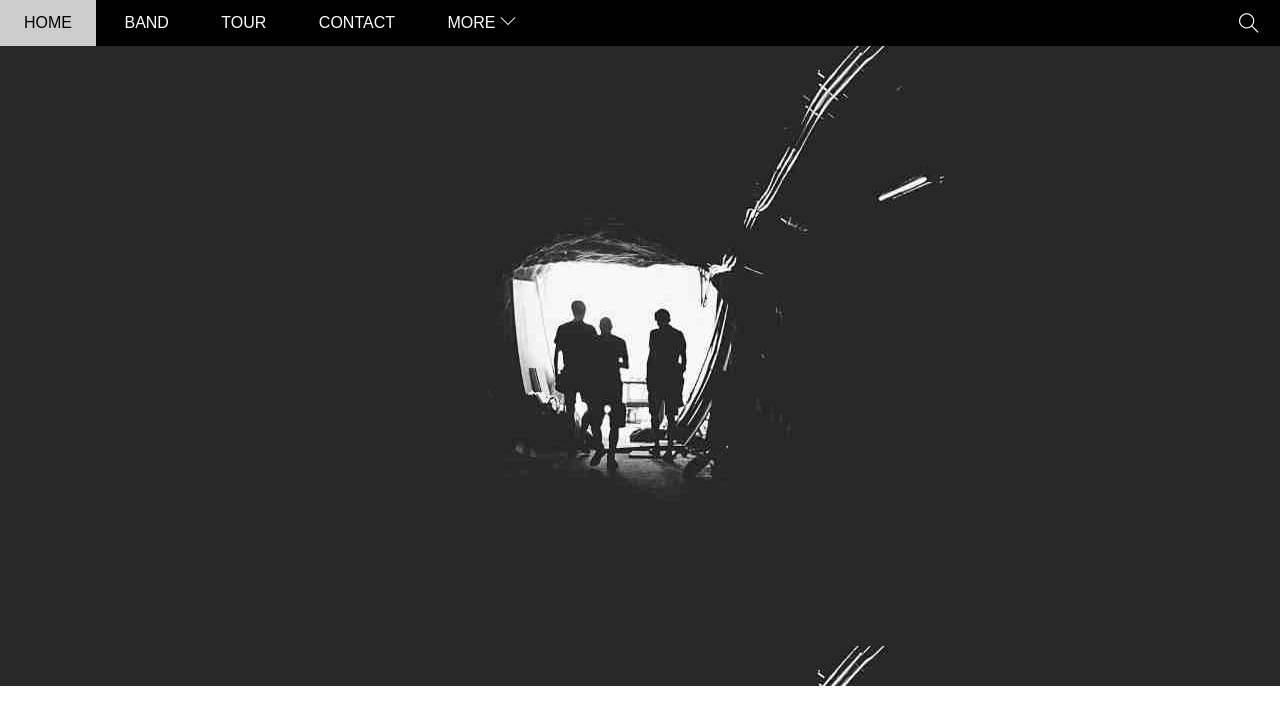
Repository: minhnguyennn/w3_band_music
Page: index.html
These files come from the project's save history. The page is drawn as it stood at one moment and after a run of saves; the edit follows.
The browser window is 1280 px wide. The pictures show the whole page.

Above is the page before, as saved 2023-02-18 20:08:05.

After the next 2 saves:
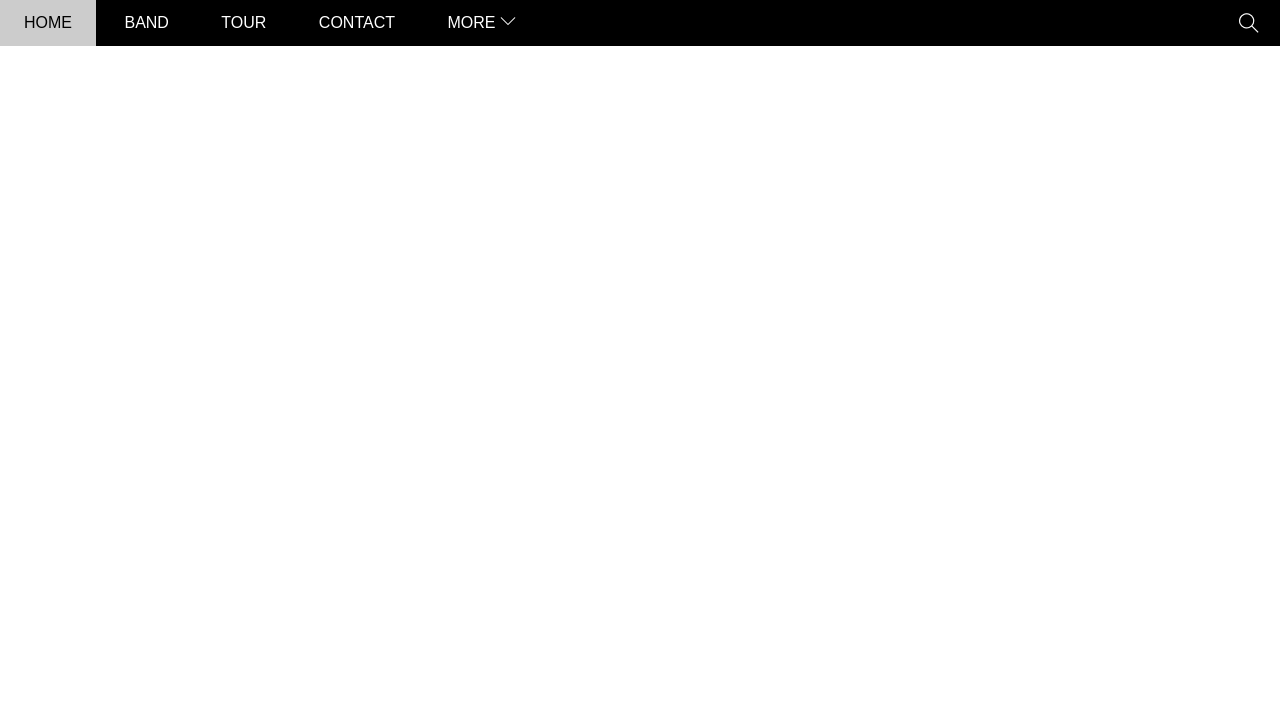
The 2 saves are shown as one change because they came seconds apart.
The last was saved 12 s later.
--- a/assets/css/style.css
+++ b/assets/css/style.css
@@ -102,7 +102,7 @@
 #slider {
    margin-top: 46px;
    padding-top: 50%;
-   background: url("/assets/img/Slider/slider1.jpg") top center ;
+   background: url("/assets/img/Slider/slider1.jpg") top center cover;
 }
 
 #content {

After the 3 saves that followed:
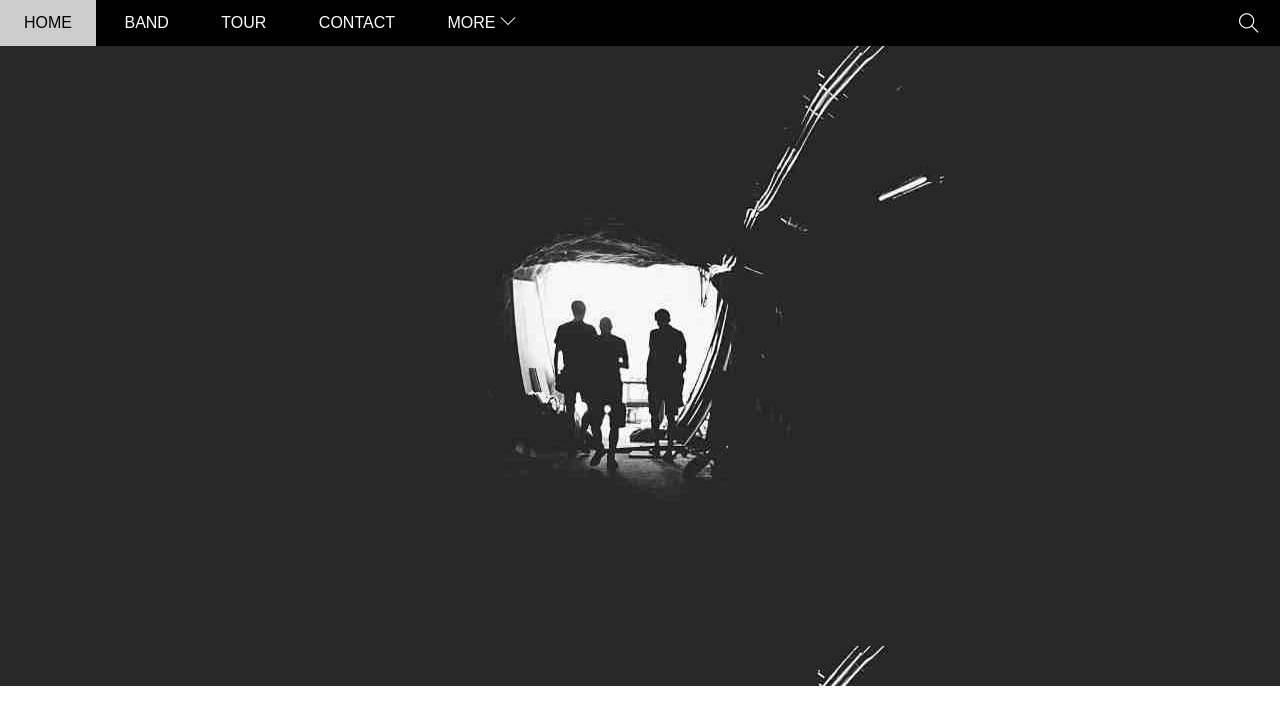
The 3 saves are shown as one change because 1 left the picture as it was and some came seconds apart.
The last was saved 16 s later.
--- a/assets/css/style.css
+++ b/assets/css/style.css
@@ -102,7 +102,7 @@
 #slider {
    margin-top: 46px;
    padding-top: 50%;
-   background: url("/assets/img/Slider/slider1.jpg") top center cover;
+   background: url("/assets/img/Slider/slider1.jpg") top center ;
 }
 
 #content {
